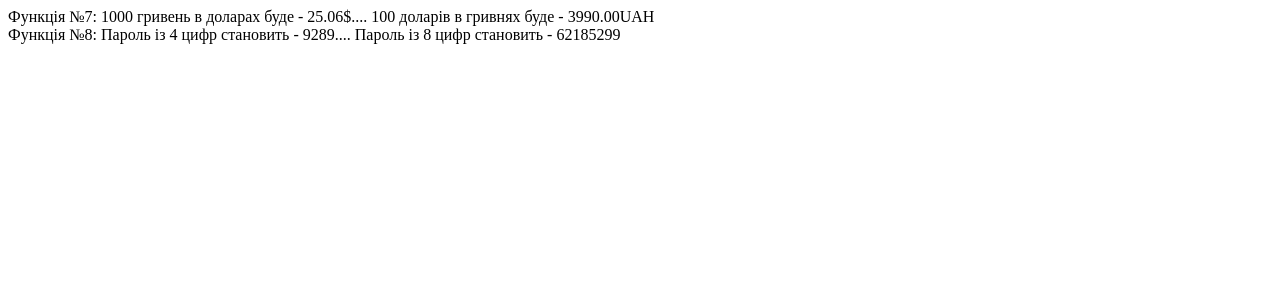
Repository: batonAnton/cursor_js_hw_3
Page: index.html
These files come from the project's save history. The page is drawn as it stood at one moment and after the next save; the edit follows.
The browser window is 1280 px wide. The pictures show the whole page.

Above is the page before, as saved 2022-08-31 13:47:42.
Console error: ReferenceError: removeletter is not defined

After the next save:
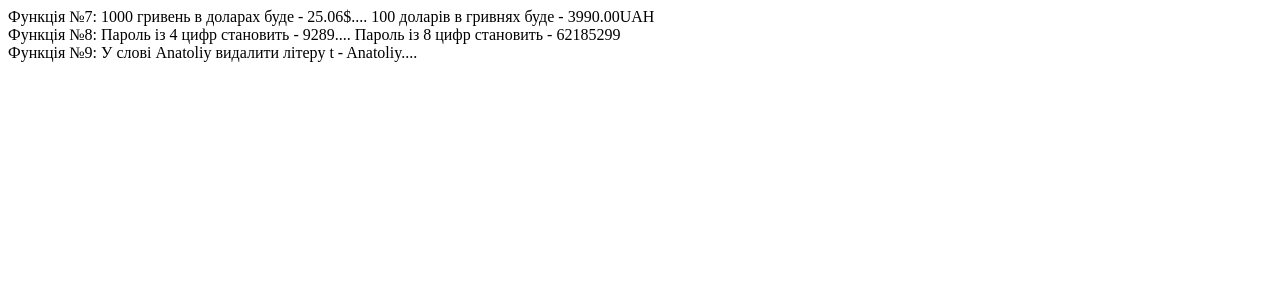
The error is gone.
Saved 6 min 19 s later.
--- a/js/index.js
+++ b/js/index.js
@@ -134,11 +134,11 @@ function deleteLetters(removeLetter, exampleWord) {
   let result = '';
   for (let i = 0; i < exampleWord.length; i++) {
     exampleWord[i] == removeLetter ;
-    result : (result += exampleWord[i]);
+    result += exampleWord[i];
   }
   return result;
 }
 
 const removeLetter = "t";
-const exampleWord = "anatoliy";
-document.writeln(`<br> Функція №9: У слові ${exampleWord} видалити літеру ${removeletter} - ${deleteLetters()}....`);
+const exampleWord = "Anatoliy";
+document.writeln(`<br> Функція №9: У слові ${ exampleWord} видалити літеру ${ removeLetter} - ${deleteLetters(removeLetter, exampleWord)}....`);
